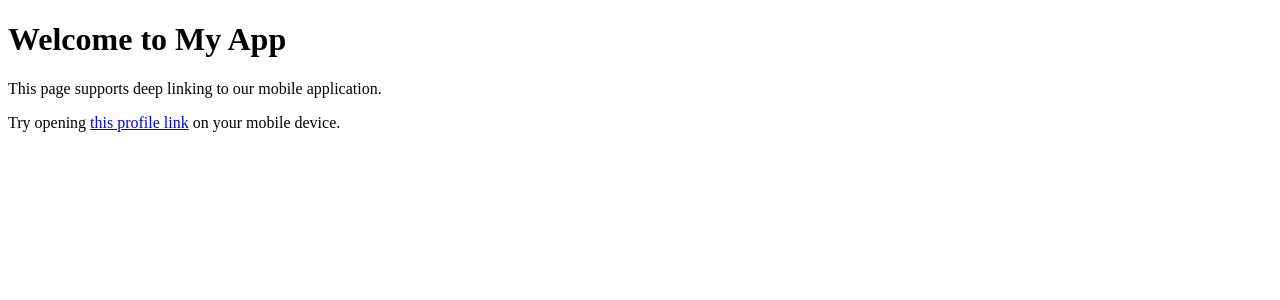
Repository: Jamie1505/TradeSyncHost.github.io
Page: index.html
The author's editor kept a copy of each file at every save. The page is drawn from the files as they stood at one save, then again after the next save.
The browser window is 1280 px wide. The pictures show the whole page.

Above is the page before, as saved 2025-03-31 22:18:50.

### index.html
<!DOCTYPE html>
<html>
<head>
  <title>Trade Sync</title>
  <meta name="viewport" content="width=device-width, initial-scale=1">
</head>
<body>
  <h1>Welcome to My App</h1>
  <p>This page supports deep linking to our mobile application.</p>
  <p>Try opening <a href="https://yourusername.github.io/profile/123">this profile link</a> on your mobile device.</p>
</body>
</html>

After the next save:
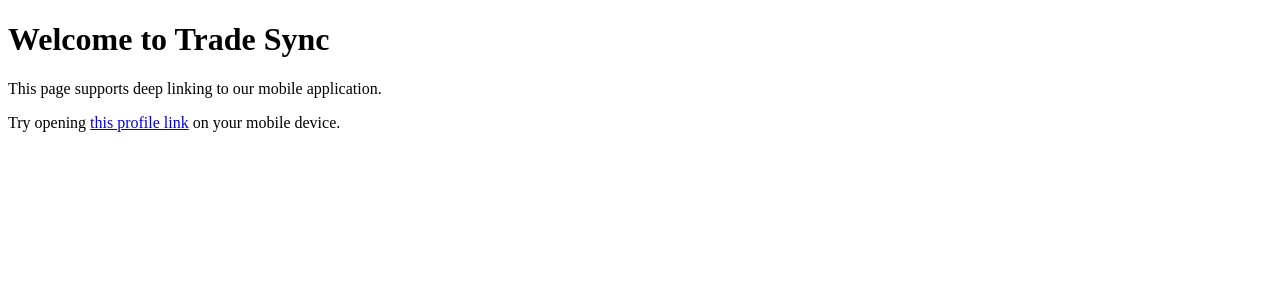
Saved 8 s later.
--- a/index.html
+++ b/index.html
@@ -5,7 +5,7 @@
   <meta name="viewport" content="width=device-width, initial-scale=1">
 </head>
 <body>
-  <h1>Welcome to My App</h1>
+  <h1>Welcome to Trade Sync</h1>
   <p>This page supports deep linking to our mobile application.</p>
   <p>Try opening <a href="https://yourusername.github.io/profile/123">this profile link</a> on your mobile device.</p>
 </body>
